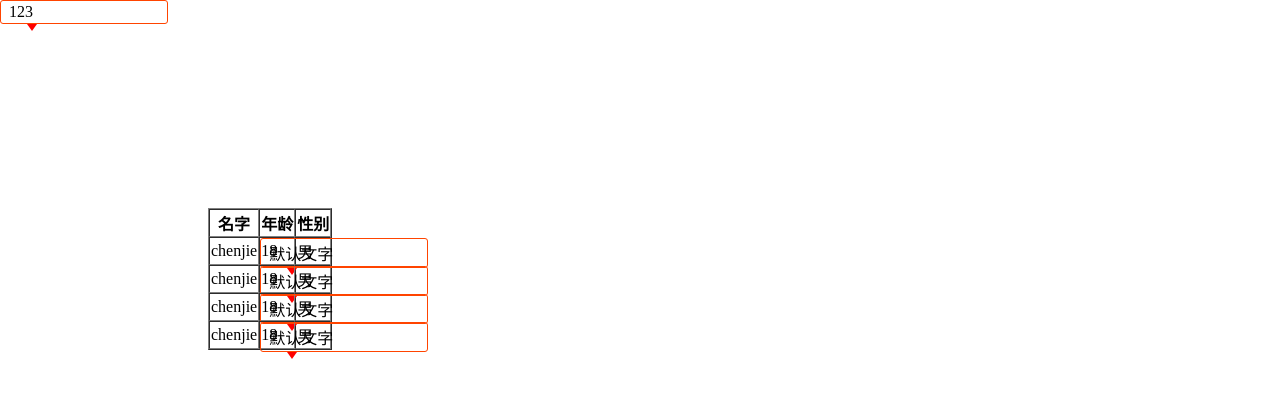
Repository: chenjieya/java
Page: index.html
An editor plug-in stored every save of this project. The page is shown before and after the next save, followed by the edit.
The browser window is 1280 px wide. The pictures show the whole page.

Above is the page before, as saved 2023-05-17 09:06:24.

After the next save:
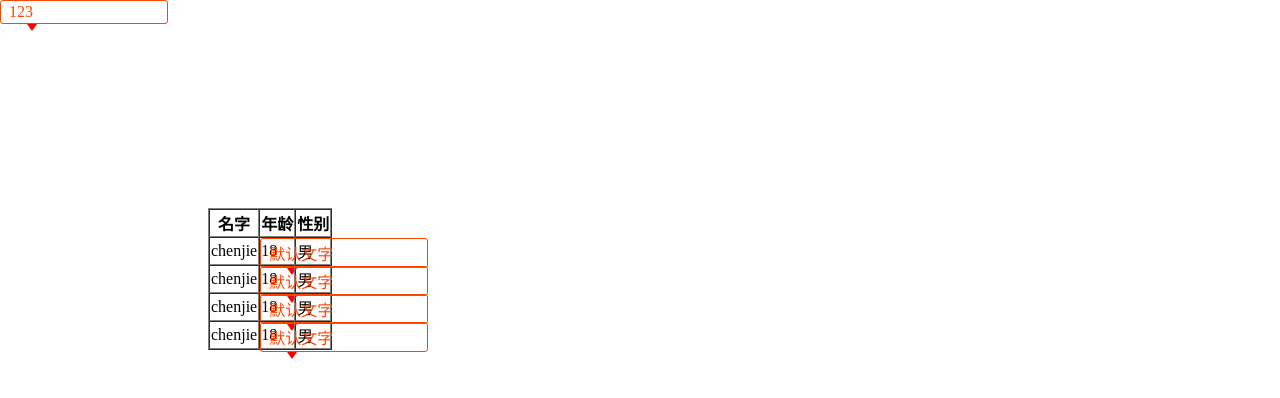
Saved 28 s later.
--- a/index.html
+++ b/index.html
@@ -11,6 +11,7 @@
       position: absolute;
       top: 0;
       left: 0;
+      color: #f40;
       border: 1px solid #f40;
       min-width: 150px;
       border-radius: 3px;
